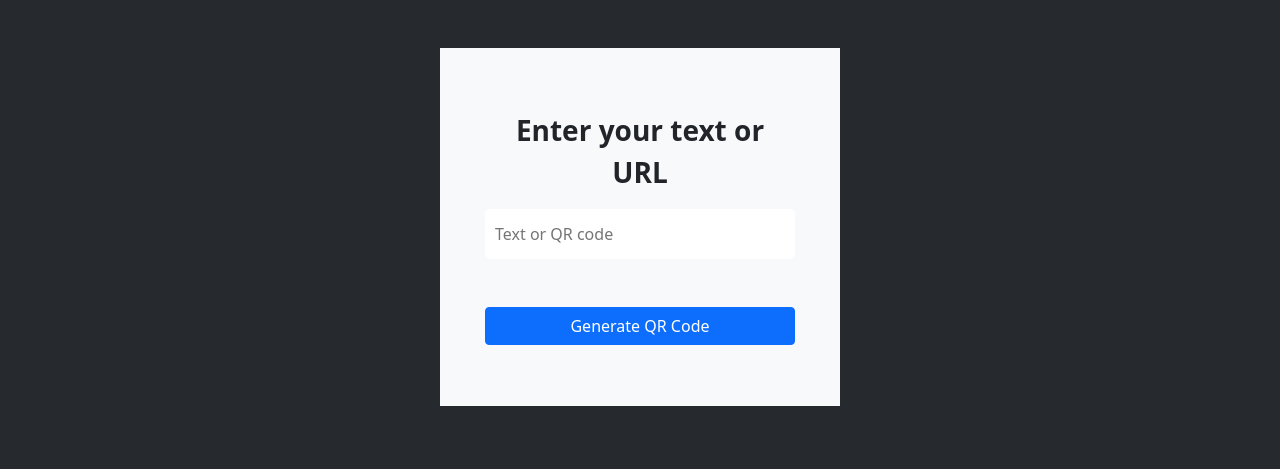
Repository: zeinawady/Qr-Code-Generator-App
Page: index.html
The author's editor kept a copy of each file at every save. The page is drawn from the files as they stood at one save, then again after the next save.
The browser window is 1280 px wide. The pictures show the whole page.

Above is the page before, as saved 2024-10-30 00:54:13.

### index.html
<!DOCTYPE html>
<html lang="en">

<head>
    <meta charset="UTF-8">
    <meta name="viewport" content="width=device-width, initial-scale=1.0">
    <title>Qr code generator</title>
    <link rel="stylesheet" href="css/bootstrap.min.css.map">
    <link rel="stylesheet" href="css/bootstrap.min.css">
    <link rel="stylesheet" href="css/style.css">
</head>

<body>
    <div class="container  d-flex justify-content-center align-items-center bg-light mt-5">
        <div class="qr-container">
            <p class="my-3 fw-bold fs-3 text-center">Enter your text or URL</p>
            <input type="text" placeholder="Text or QR code" id="qrText">
            <div id="imgBox" class="my-3 text-center">
                <img src="" id="qrImg">

            </div>
            <button class="btn btn-primary my-3 w-100" onclick="generateQR()">Generate QR Code</button>
        </div>
    </div>

    <script src="js/bootstrap.bundle.min.js"></script>
    <script src="js/bootstrap.bundle.min.js.map"></script>
    <script src="js/script.js"></script>
</body>

</html>

### css/style.css
body{
    background-color:#262a2f ;
}
.container{
    max-width: 400px;
   padding: 45px;
}
input{
    width: 100%;
    height: 50px;
    border: none;
    outline: none;
    padding: 10px;
   border-radius: 5px;
}
#imgBox{
    max-width: 200px;
    border-radius: 5px;
    max-height: 0;
    overflow: hidden;
    transition: max-height 0.9s;
    text-align: center;
}
#imgBox img{
    width: 100%;
    padding: 10px;

}
#imgBox.show-img{
    max-height: 300px;
}
.error{
    animation: shake 0.5s ease-in-out;
    animation-iteration-count: 1;
}
@keyframes shake {
    0%, 100% { transform: translateX(0); }
    20%, 60% { transform: translateX(-10px); }
    40%, 80% { transform: translateX(10px); }
  }

### js/script.js

let imgBox=document.getElementById('imgBox');
let qrImg=document.getElementById('qrImg');
let qrText=document.getElementById('qrText');

function generateQR(){
    if(qrText.value.length>0){
        qrImg.src="https://api.qrserver.com/v1/create-qr-code/?size=150x150&data=" + qrText.value;
        imgBox.classList.add("show-img");
    }
    else{

        qrText.classList.add('error');
        setTimeout(()=>{
            qrText.classList.remove('error');
        },1000)
    }
}

Loaded but not shown: css/bootstrap.min.css (library); js/bootstrap.bundle.min.js (library)

After the next save:
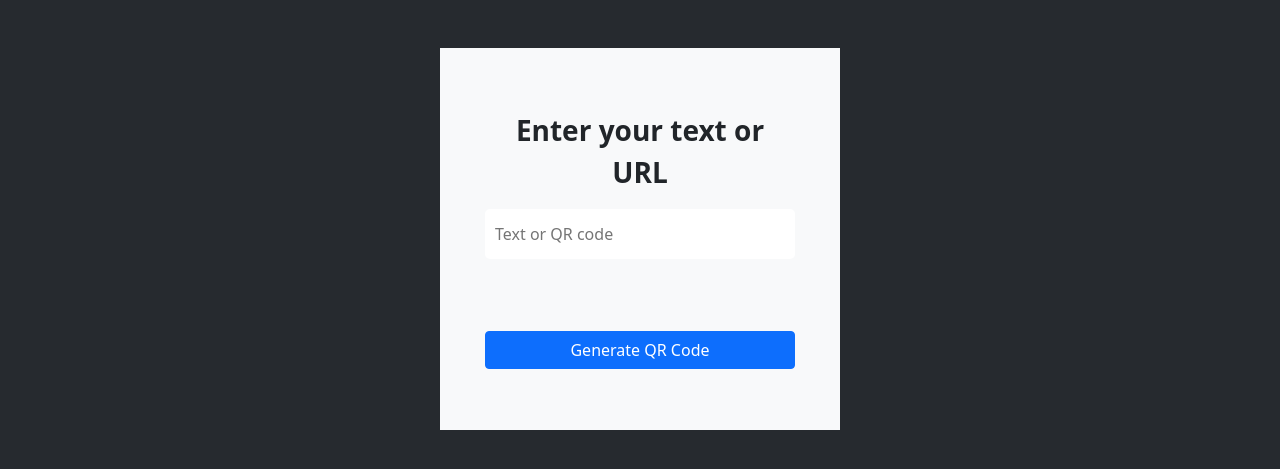
Saved 14 s later.
--- a/css/style.css
+++ b/css/style.css
@@ -13,22 +13,7 @@ input{
     padding: 10px;
    border-radius: 5px;
 }
-#imgBox{
-    max-width: 200px;
-    border-radius: 5px;
-    max-height: 0;
-    overflow: hidden;
-    transition: max-height 0.9s;
-    text-align: center;
-}
-#imgBox img{
-    width: 100%;
-    padding: 10px;
 
-}
-#imgBox.show-img{
-    max-height: 300px;
-}
 .error{
     animation: shake 0.5s ease-in-out;
     animation-iteration-count: 1;
